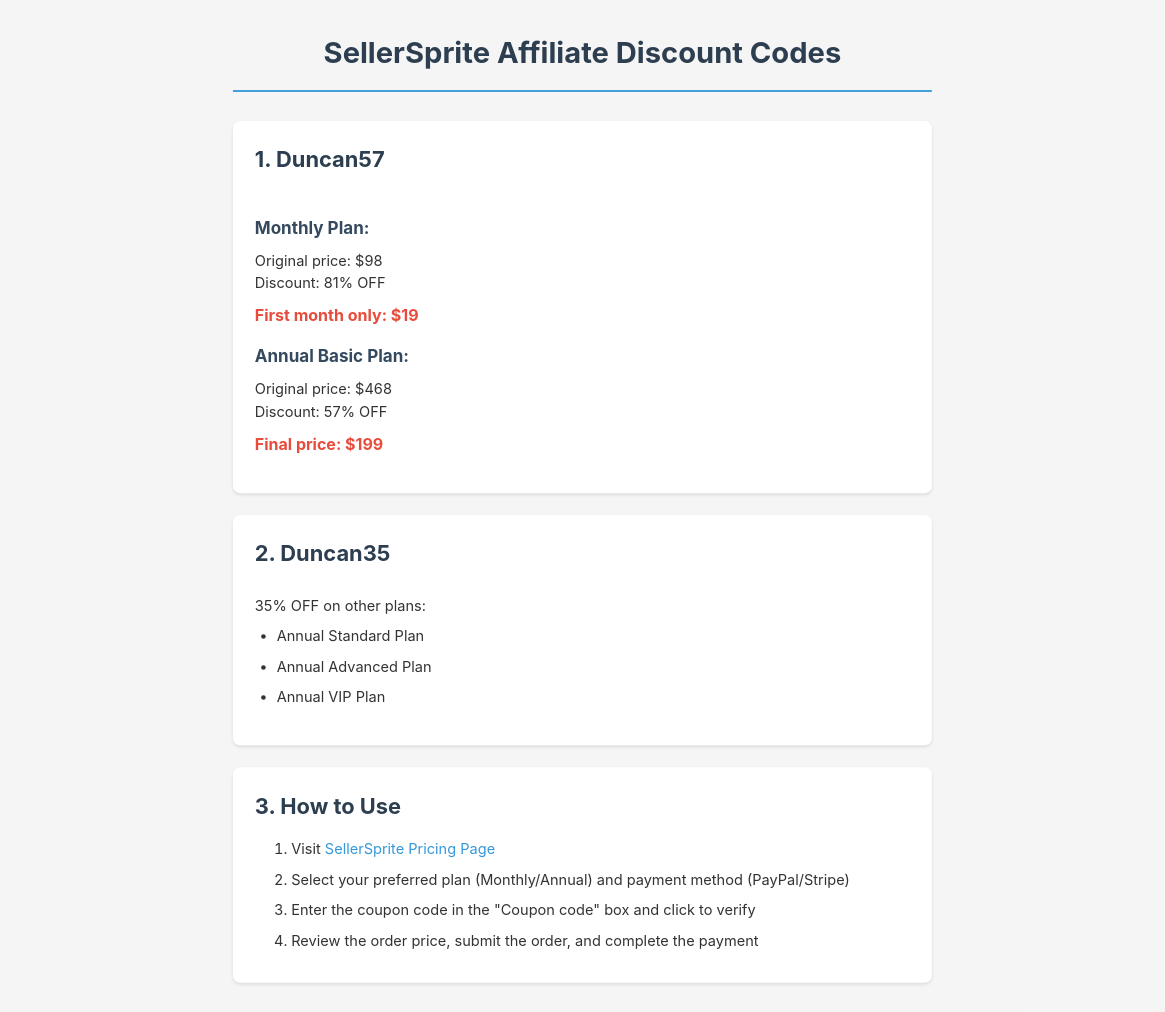
Repository: swebvn/web-html
Page: index.html
These files come from the project's save history. The page is drawn as it stood at one moment and after the next save; the edit follows.
The browser window is 1280 px wide. The pictures show the whole page, at 91% of full size.

Above is the page before, as saved 2025-04-18 16:56:20.

### index.html
<!DOCTYPE html>
<html lang="en">
<head>
    <meta charset="UTF-8">
    <meta name="viewport" content="width=device-width, initial-scale=1.0">
    <title>SellerSprite Affiliate Discount Codes</title>
    <link rel="stylesheet" href="styles.css">
</head>
<body>
    <div class="container">
        <h1>SellerSprite Affiliate Discount Codes</h1>

        <section class="discount-code">
            <h2>1. Duncan57</h2>
            <div class="discount-details">
                <h3>Monthly Plan:</h3>
                <p>Original price: $98</p>
                <p>Discount: 81% OFF</p>
                <p class="highlight">First month only: $19</p>

                <h3>Annual Basic Plan:</h3>
                <p>Original price: $468</p>
                <p>Discount: 57% OFF</p>
                <p class="highlight">Final price: $199</p>
            </div>
        </section>

        <section class="discount-code">
            <h2>2. Duncan35</h2>
            <div class="discount-details">
                <p>35% OFF on other plans:</p>
                <ul>
                    <li>Annual Standard Plan</li>
                    <li>Annual Advanced Plan</li>
                    <li>Annual VIP Plan</li>
                </ul>
            </div>
        </section>

        <section class="how-to-use">
            <h2>3. How to Use</h2>
            <ol>
                <li>Visit <a href="https://www.sellersprite.com/price" target="_blank">SellerSprite Pricing Page</a></li>
                <li>Select your preferred plan (Monthly/Annual) and payment method (PayPal/Stripe)</li>
                <li>Enter the coupon code in the "Coupon code" box and click to verify</li>
                <li>Review the order price, submit the order, and complete the payment</li>
            </ol>
        </section>
    </div>
</body>
</html>

### styles.css
* {
    margin: 0;
    padding: 0;
    box-sizing: border-box;
}

body {
    font-family: -apple-system, BlinkMacSystemFont, 'Segoe UI', Roboto, Arial, sans-serif;
    line-height: 1.6;
    color: #333;
    background-color: #f5f5f5;
}

.container {
    max-width: 800px;
    margin: 2rem auto;
    padding: 0 1rem;
}

h1 {
    text-align: center;
    color: #2c3e50;
    margin-bottom: 2rem;
    padding-bottom: 1rem;
    border-bottom: 2px solid #3498db;
}

section {
    background: white;
    border-radius: 8px;
    padding: 1.5rem;
    margin-bottom: 1.5rem;
    box-shadow: 0 2px 4px rgba(0, 0, 0, 0.1);
}

h2 {
    color: #2c3e50;
    margin-bottom: 1rem;
}

h3 {
    color: #34495e;
    margin: 1rem 0 0.5rem;
}

.discount-details {
    padding: 0.5rem 0;
}

.highlight {
    color: #e74c3c;
    font-weight: bold;
    font-size: 1.1em;
    margin: 0.5rem 0;
}

ul, ol {
    margin-left: 1.5rem;
    margin-top: 0.5rem;
}

li {
    margin-bottom: 0.5rem;
}

a {
    color: #3498db;
    text-decoration: none;
}

a:hover {
    text-decoration: underline;
}

.how-to-use ol {
    padding-left: 1rem;
}

@media (max-width: 600px) {
    .container {
        margin: 1rem auto;
    }

    section {
        padding: 1rem;
    }
}

After the next save:
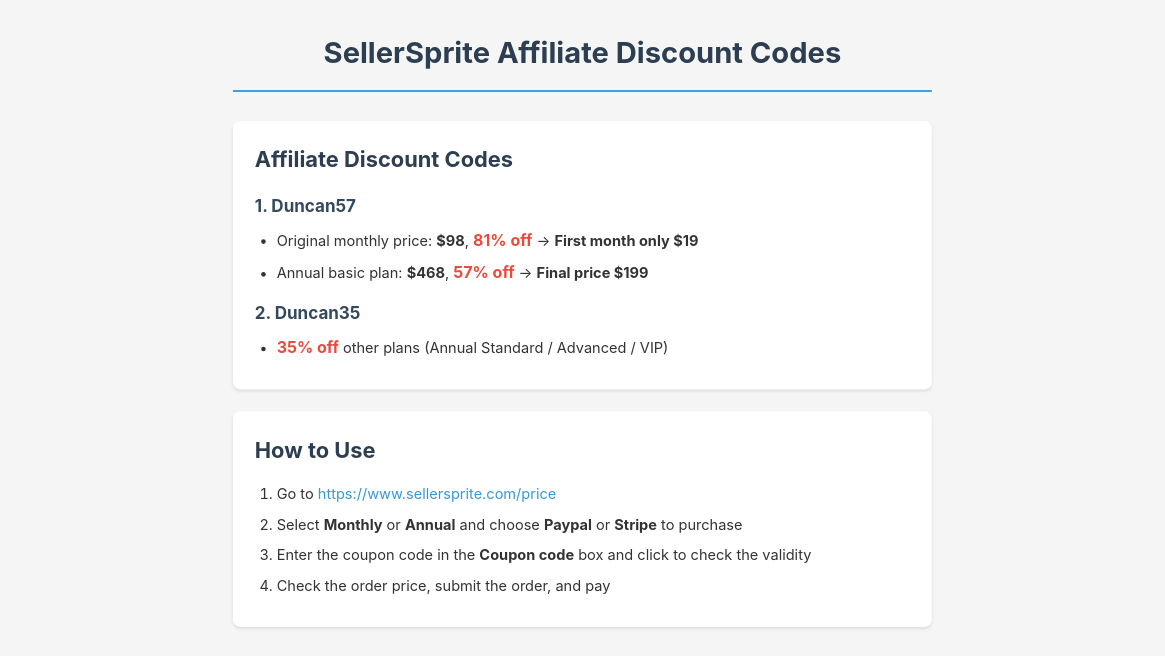
Saved 10 min 36 s later.
--- a/index.html
+++ b/index.html
@@ -9,41 +9,29 @@
 <body>
     <div class="container">
         <h1>SellerSprite Affiliate Discount Codes</h1>
-
-        <section class="discount-code">
-            <h2>1. Duncan57</h2>
-            <div class="discount-details">
-                <h3>Monthly Plan:</h3>
-                <p>Original price: $98</p>
-                <p>Discount: 81% OFF</p>
-                <p class="highlight">First month only: $19</p>
-
-                <h3>Annual Basic Plan:</h3>
-                <p>Original price: $468</p>
-                <p>Discount: 57% OFF</p>
-                <p class="highlight">Final price: $199</p>
+        <section class="discount-section">
+            <h2>Affiliate Discount Codes</h2>
+            <div class="code-block">
+                <h3>1. <span class="code">Duncan57</span></h3>
+                <ul>
+                    <li>Original monthly price: <b>$98</b>, <span class="highlight">81% off</span> &rarr; <b>First month only $19</b></li>
+                    <li>Annual basic plan: <b>$468</b>, <span class="highlight">57% off</span> &rarr; <b>Final price $199</b></li>
+                </ul>
             </div>
-        </section>
-
-        <section class="discount-code">
-            <h2>2. Duncan35</h2>
-            <div class="discount-details">
-                <p>35% OFF on other plans:</p>
+            <div class="code-block">
+                <h3>2. <span class="code">Duncan35</span></h3>
                 <ul>
-                    <li>Annual Standard Plan</li>
-                    <li>Annual Advanced Plan</li>
-                    <li>Annual VIP Plan</li>
+                    <li><span class="highlight">35% off</span> other plans (Annual Standard / Advanced / VIP)</li>
                 </ul>
             </div>
         </section>
-
-        <section class="how-to-use">
-            <h2>3. How to Use</h2>
+        <section class="process-section">
+            <h2>How to Use</h2>
             <ol>
-                <li>Visit <a href="https://www.sellersprite.com/price" target="_blank">SellerSprite Pricing Page</a></li>
-                <li>Select your preferred plan (Monthly/Annual) and payment method (PayPal/Stripe)</li>
-                <li>Enter the coupon code in the "Coupon code" box and click to verify</li>
-                <li>Review the order price, submit the order, and complete the payment</li>
+                <li>Go to <a href="https://www.sellersprite.com/price" target="_blank">https://www.sellersprite.com/price</a></li>
+                <li>Select <b>Monthly</b> or <b>Annual</b> and choose <b>Paypal</b> or <b>Stripe</b> to purchase</li>
+                <li>Enter the coupon code in the <b>Coupon code</b> box and click to check the validity</li>
+                <li>Check the order price, submit the order, and pay</li>
             </ol>
         </section>
     </div>
